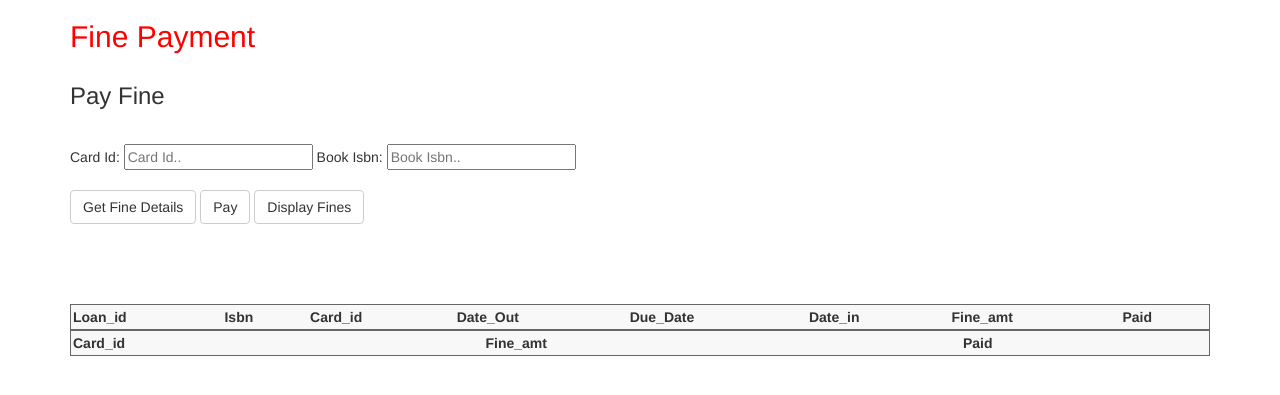
Repository: ApurvaMithal/LibraryManagementSystem
Page: http://localhost/LibraryManagementSystem/FinePay.jsp
The author's editor kept a copy of each file at every save. The page is drawn from the files as they stood at one save, then again after the next save.
The browser window is 1280 px wide. The pictures show the whole page.
Some web fonts or font styles are not loaded; a fallback is used. The page is served by Tomcat 9. Other server files are loaded and not shown.

Above is the page before, as saved 2018-03-03 00:18:05.

### eclipse/LibraryManagementSystem/WebContent/FinePay.jsp
<%@ page language="java" contentType="text/html; charset=ISO-8859-1"
    pageEncoding="ISO-8859-1"%>
<!DOCTYPE html PUBLIC "-//W3C//DTD HTML 4.01 Transitional//EN" "http://www.w3.org/TR/html4/loose.dtd">
<html>
<head>
<meta http-equiv="Content-Type" content="text/html; charset=ISO-8859-1">
<title>FinePayment</title>
        <link rel="stylesheet" href="css/bootstrap.min.css">
        <link rel="stylesheet" href="https://cdnjs.cloudflare.com/ajax/libs/font-awesome/4.7.0/css/font-awesome.min.css">
        <link href='http://fonts.googleapis.com/css?family=Oxygen' rel='stylesheet' type='text/css'>
        <script src="js/jquery.min.js"></script>
        <script src="js/bootstrap.min.js"></script>
  <style>
    table {
                border: 1px solid #666;
                width: 100%;
            }
    th {
                background: #f8f8f8;
                font-weight: bold;
                padding: 2px;
            }
    tr{
        cursor:pointer;
        background: -moz-linear-gradient(top, #ffffff, #D1E3E9);
        background: -webkit-gradient(linear, 0% 0%, 0% 100%, from(#ffffff), to(#D1E3E9));
        text-align:center;
    }

    tr:hover{
        background: -moz-linear-gradient(top, #249ee4, #057cc0);
        background: -webkit-gradient(linear, 0% 0%, 0% 100%, from(#249ee4), to(#057cc0));
    }

    tr:active
    {
        background: -moz-linear-gradient(top, #057cc0, #249ee4);
        background: -webkit-gradient(linear, 0% 0%, 0% 100%, from(#057cc0), to(#249ee4));
    }

    #result{
        font-weight:bold;
        font-size:16pt;
    }
</style>
<script>
jQuery(window).ready(function() {

	$("#finePaymentBtn").click(function(event) {
		var card_id = $('#card_id').val();
        var isbn = $('#isbn').val();
        jQuery.ajax({
            url: "FinePaymentServlet",
            type: "get",
            dataType: "json",
            data: {
            	card_id : card_id,
            	isbn : isbn
            },
            success: function(data) {
                // since we are using jQuery, you don't need to parse response

                drawTable(data);
                $("#fineDetails tr").click(function(event) {
              	  var loan_id = this.cells[0].innerHTML;
              	  var isbn = this.cells[1].innerHTML;
              	  var card_id = this.cells[2].innerHTML;
              	  var date_out = this.cells[3].innerHTML;
              	  var due_date = this.cells[4].innerHTML;
              	  var date_in = this.cells[5].innerHTML;
              	  var fine_amt = this.cells[6].innerHTML;
              	  var paid = this.cells[7].innerHTML;

              	$("#finePaymentBtn2").click(function(event) {
					jQuery.ajax({
                      url: "FinePaymentPayServlet",
                      type: "get",
                      dataType: "json",
                      data: {
                          loan_id: loan_id

                      },
                      success: function(data) {
                          // since we are using jQuery, you don't need to parse response
                          	if(data[0].flag == 0){
                          		alert("Error: Payment of a fine for book that is not yet returned not allowed");
                          	}
                          	if(data[0].flag == 1){
                          		alert("Payment successfull");
                          	}

                      }
                  });
              	});
                });
            }
        });

    });

	$("#finePaymentBtn3").click(function(event) {
        jQuery.ajax({
            url: "FinePaymentDisplayServlet",
            type: "get",
            dataType: "json",
            data: {
            },
            success: function(data) {
                // since we are using jQuery, you don't need to parse response

                drawTableFine(data);

            }
        });

    });

        function drawTable(data) {
        	  $("#fineDetails").find("tr:not(:first)").remove();
            for (var i = 0; i < data.length; i++) {
                drawRow(data[i]);
            }
        }

        function drawRow(rowData) {
            var row = $("<tr />");
            $("#fineDetails").append(row); //this will append tr element to table... keep its reference for a while since we will add cels into it
            row.append($("<td>" + rowData.loan_id + "</td>"));
            row.append($("<td>" + rowData.isbn+ "</td>"));
            row.append($("<td>" + rowData.card_id + "</td>"));
            row.append($("<td>" + rowData.date_out + "</td>"));
            row.append($("<td>" + rowData.due_date + "</td>"));
            row.append($("<td>" + rowData.date_in + "</td>"));
            row.append($("<td>" + rowData.fine_amt + "</td>"));
            row.append($("<td>" + rowData.paid + "</td>"));

        }
        function drawTableFine(data) {
      	  $("#fineDetailsSum").find("tr:not(:first)").remove();
          for (var i = 0; i < data.length; i++) {
              drawRowFine(data[i]);
          }
      }

      function drawRowFine(rowData) {
          var row = $("<tr />");
          $("#fineDetailsSum").append(row); //this will append tr element to table... keep its reference for a while since we will add cels into it
          row.append($("<td>" + rowData.card_id + "</td>"));
          row.append($("<td>" + rowData.fine_amt + "</td>"));
          row.append($("<td>" + rowData.paid + "</td>"));

      }
    });
</script>
</head>
<body>
 <div class="container">
 <h2>
                <font color="red">Fine Payment</font>
            </h2>
	<div class="finePayment">
                <label for="finePayment"><h3>Pay Fine</h3></label></br></br>
                Card Id:    <input type="text" id="card_id" placeholder="Card Id.." name="cardId">
                Book Isbn:  <input type="text" id="isbn" placeholder="Book Isbn.." name="bookIsbn"></br>


            </div>
			</br>
            <button type="Submit" class="btn btn-default" id="finePaymentBtn">Get Fine Details</button>
            <button type="Submit" class="btn btn-default" id="finePaymentBtn2">Pay</button>
            <button type="Submit" class="btn btn-default" id="finePaymentBtn3">Display Fines</button>
			</br></br>

            <table id="fineDetails">
            <tr>
                <th>Loan_id</th>
                <th>Isbn</th>
                <th>Card_id</th>
                <th>Date_Out</th>
                <th>Due_Date</th>
                <th>Date_in</th>
                <th>Fine_amt</th>
                <th>Paid</th>
            </tr>
		</br></br></br>
         </table>
          <table id="fineDetailsSum">
            <tr>
                <th>Card_id</th>
                <th>Fine_amt</th>
                <th>Paid</th>
            </tr>

         </table>

         </div>
</body>
</html>

Loaded but not shown: eclipse/LibraryManagementSystem/WebContent/css/bootstrap.min.css (library); eclipse/LibraryManagementSystem/WebContent/js/jquery.min.js (library); eclipse/LibraryManagementSystem/WebContent/js/bootstrap.min.js (library)

After the next save:
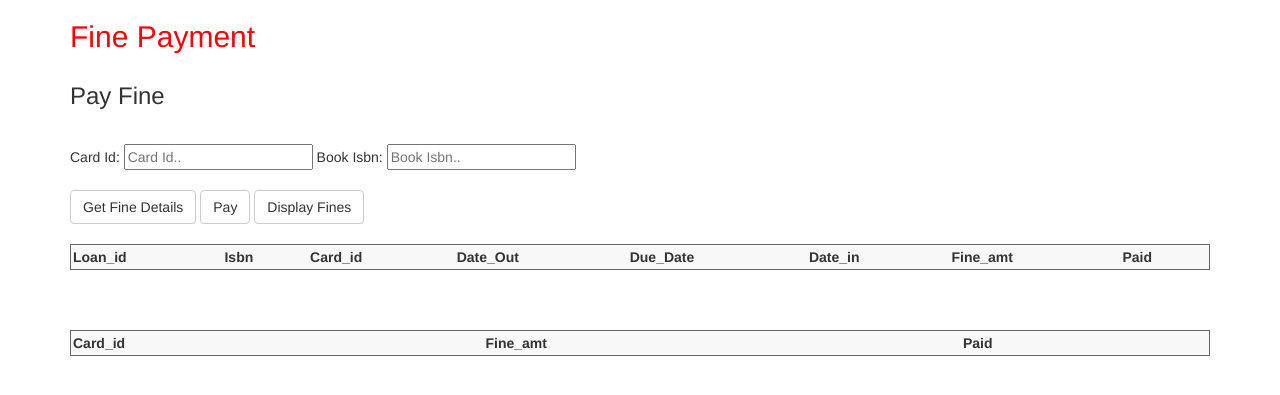
Saved 64 s later.
--- a/eclipse/LibraryManagementSystem/WebContent/FinePay.jsp
+++ b/eclipse/LibraryManagementSystem/WebContent/FinePay.jsp
@@ -182,8 +182,8 @@ jQuery(window).ready(function() {
                 <th>Fine_amt</th>
                 <th>Paid</th>
             </tr>
-		</br></br></br>
          </table>
+         </br></br></br>
           <table id="fineDetailsSum">
             <tr>
                 <th>Card_id</th>
